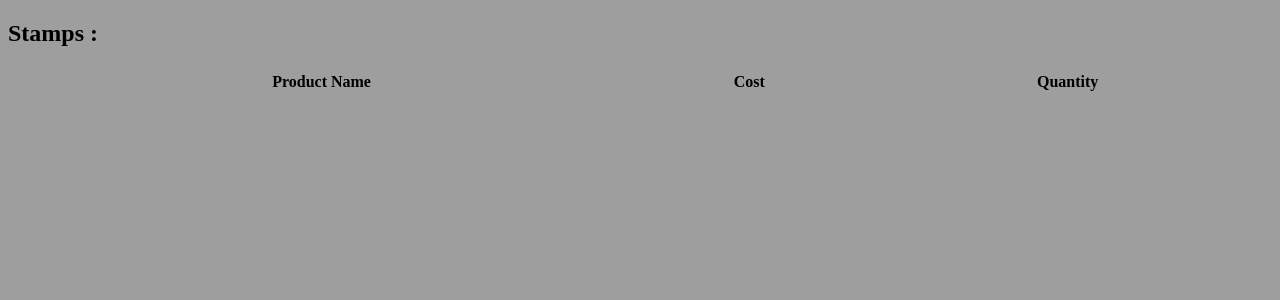
Repository: pratikmathur279/E-Postal-Services-1
Page: http://localhost/Project/postcards_catalog.jsp
The author's editor kept a copy of each file at every save. The page is drawn from the files as they stood at one save, then again after the next save.
The browser window is 1280 px wide. The pictures show the whole page.
The page is served by Tomcat 9. Other server files are loaded and not shown. Queries for data that is not in the repository find no rows.

Above is the page before, as saved 2014-07-29 07:10:30.

### Project/WebContent/postcards_catalog.jsp
<%@page import="java.sql.SQLException"%>
<%@ page language="java" contentType="text/html; charset=ISO-8859-1"
    pageEncoding="ISO-8859-1"%>
<!DOCTYPE html PUBLIC "-//W3C//DTD HTML 4.01 Transitional//EN" "http://www.w3.org/TR/html4/loose.dtd">
<html>
<head>
<meta http-equiv="Content-Type" content="text/html; charset=ISO-8859-1">
<title>E-Postal Services</title>
<%@ page import="java.io.*" %>
<%@ page import="java.sql.*" %>
</head>
<body background="E:\Project\background_home.jpg">
	<h2>Stamps : </h2>
	<table cellpadding="4" width="100%">
	<tr align="center" >
	<th>Product Name</th>
	<th>Cost</th>
	<th>Quantity</th>
	</tr>
<%
try
{
	Class.forName("com.ibm.db2.jcc.DB2Driver");
	Connection con=DriverManager.getConnection("jdbc:db2://localhost:50000/POSTALSE","PRATI_000","FCBarcelona10");

	String string="select * from stampproductdetails";
	PreparedStatement ps=con.prepareStatement(string);
	ResultSet rs=ps.executeQuery();
	while(rs.next())
	{
	%>
	<tr>

		<td align="center"><%=rs.getString("PRODUCTNAME") %></td>
		<td align="center">Rs. <%=rs.getString("Cost") %></td>
		<td align="center">Enter Quantity : <input type="text" value="" name="quantity"></td>
	</tr>
		<%
	}
}
catch(SQLException e)
{
	e.printStackTrace();
}
catch(ClassNotFoundException e)
{
	e.printStackTrace();
}
%>
</table>
</body>
</html>

After the next save:
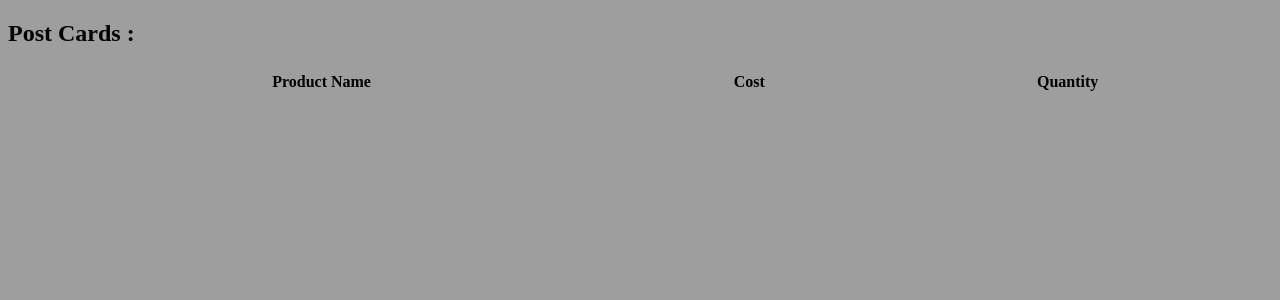
Saved 15 s later.
--- a/Project/WebContent/postcards_catalog.jsp
+++ b/Project/WebContent/postcards_catalog.jsp
@@ -10,7 +10,7 @@
 <%@ page import="java.sql.*" %>
 </head>
 <body background="E:\Project\background_home.jpg">
-	<h2>Stamps : </h2>
+	<h2>Post Cards : </h2>
 	<table cellpadding="4" width="100%">
 	<tr align="center" >
 	<th>Product Name</th>
